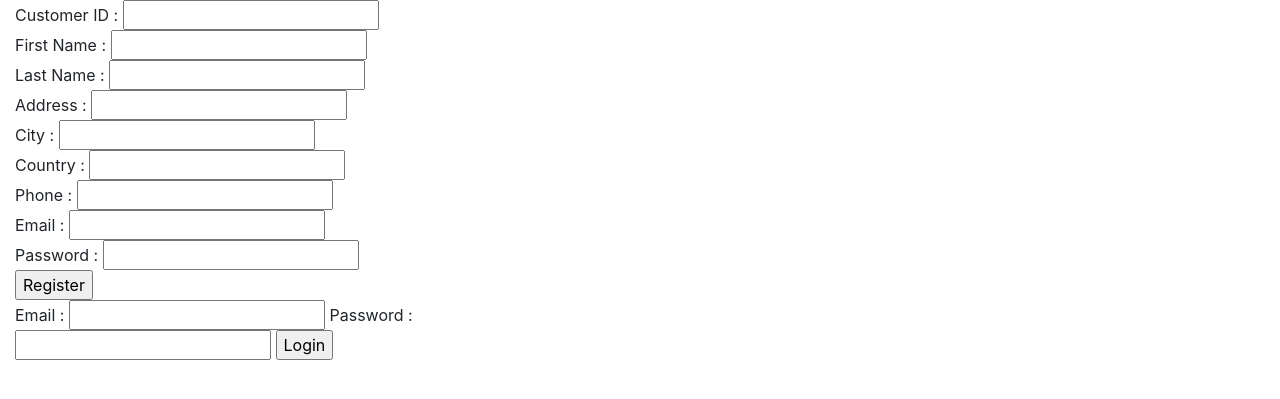
Repository: hassaanbk/CruiseBookingAndManaging
Page: http://localhost/home
These files come from the project's save history. The page is drawn as it stood at one moment and after the next save; the edit follows.
The browser window is 1280 px wide. The pictures show the whole page.
The page is this project's Thymeleaf template; nobody is signed in. The template is opened directly, without the code that normally fills it, so the values that code supplies are empty.

Above is the page before, as saved 2022-12-13 04:30:28.

After the next save:
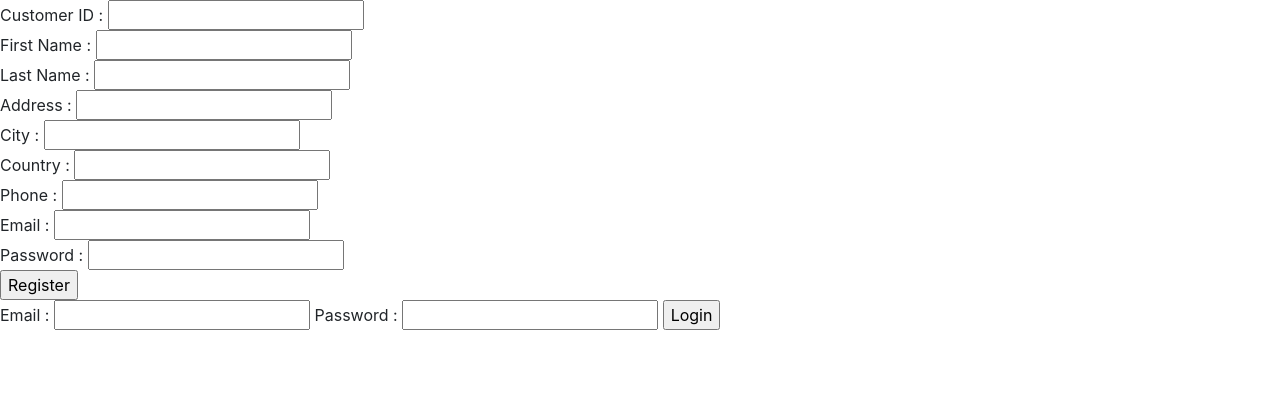
Saved 32 s later.
--- a/CustomerMicroService/src/main/resources/templates/home.html
+++ b/CustomerMicroService/src/main/resources/templates/home.html
@@ -11,7 +11,7 @@
 
 </head>
 
-<body class="container-lg col-md-6 margin-auto">
+<body class="container-lg ">
 
 	<form action="register" method="POST">
 
